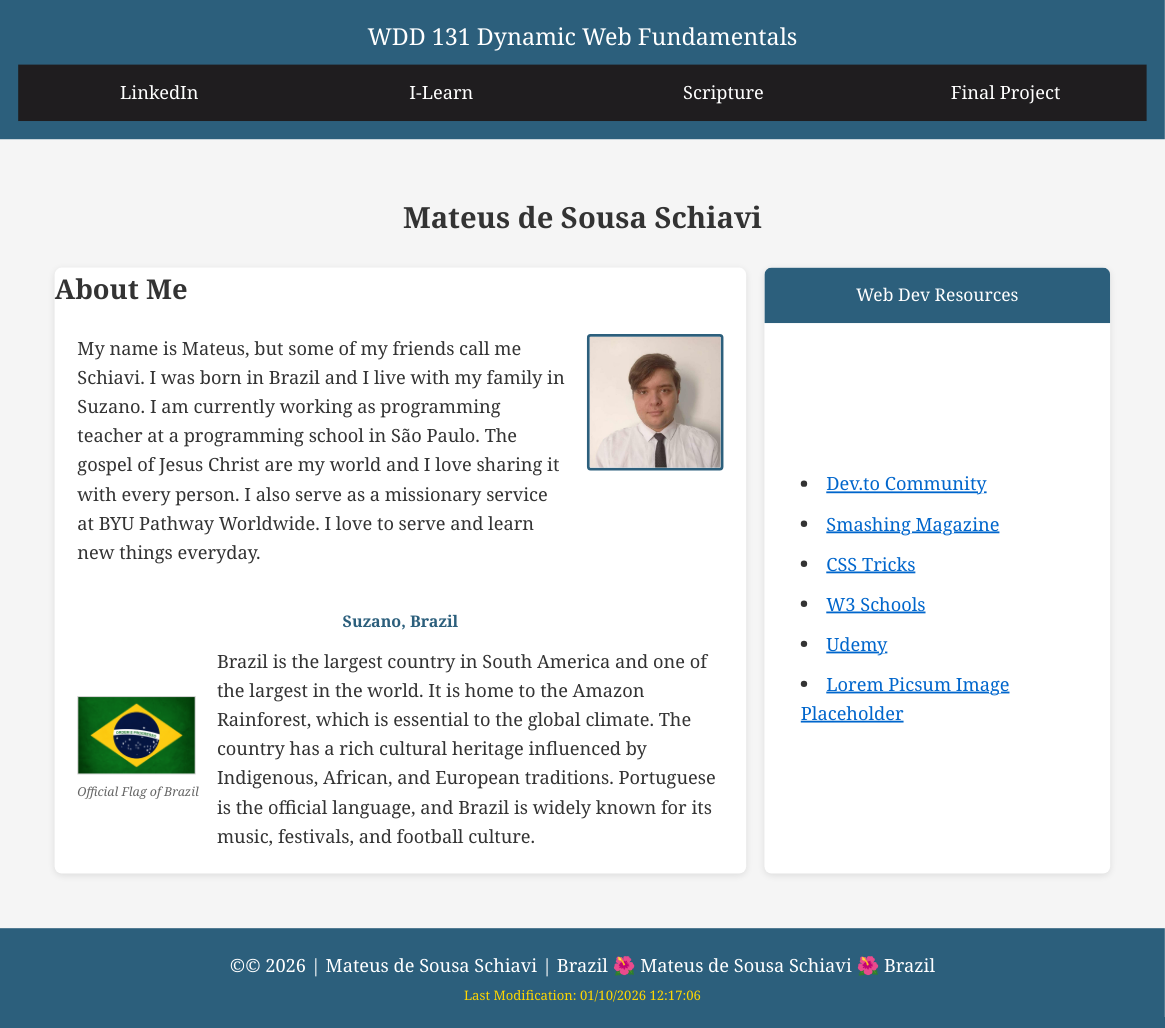
Repository: mateus-schiavi/wdd131
Page: index.html
An editor plug-in stored every save of this project. The page is shown before and after the next save, followed by the edit.
The browser window is 1280 px wide. The pictures show the whole page, at 91% of full size.
Some web fonts or font styles are not loaded; a fallback is used.

Above is the page before, as saved 2026-01-10 19:12:17.

After the next save:
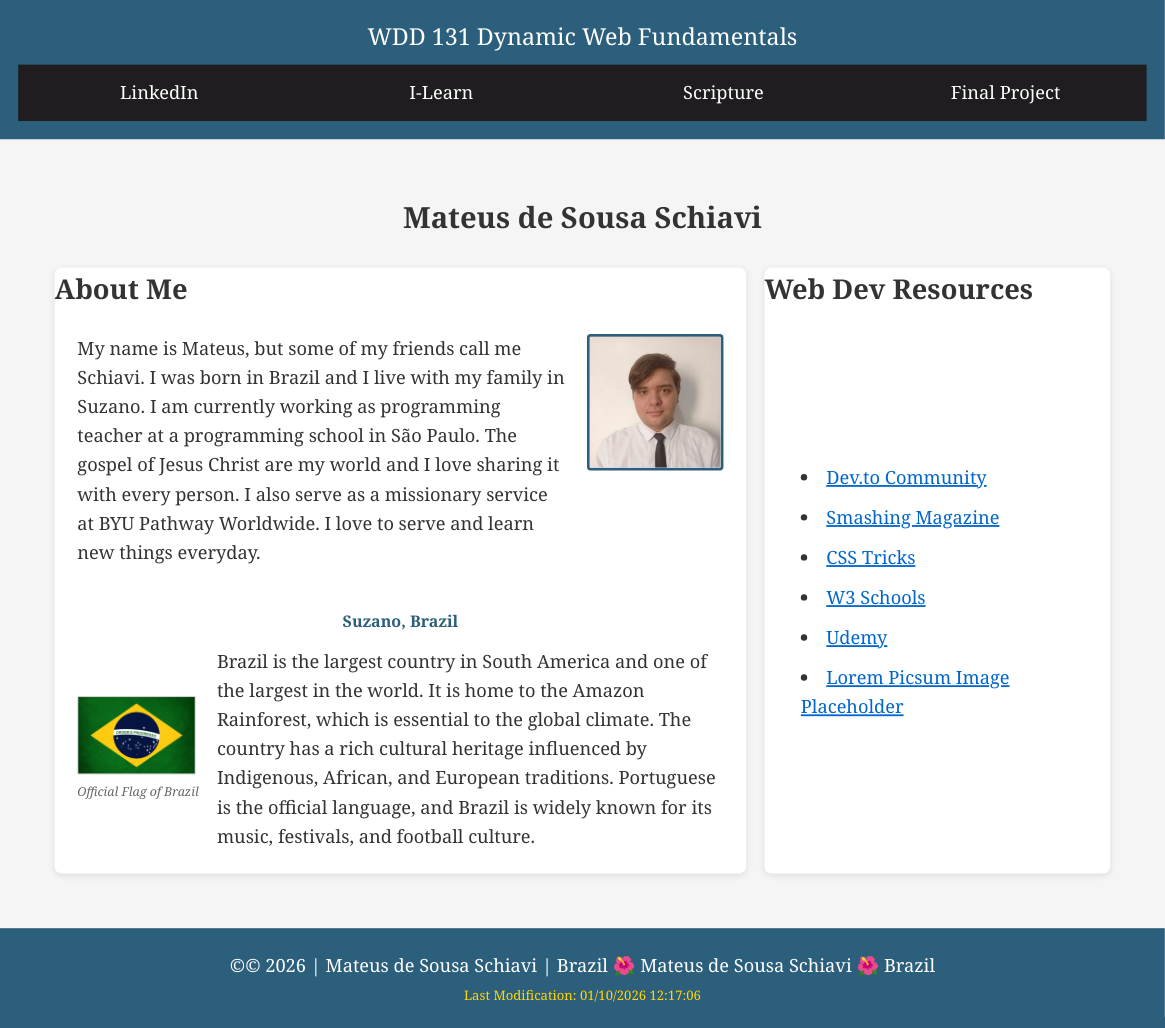
Saved 9 s later.
--- a/index.html
+++ b/index.html
@@ -63,7 +63,7 @@
                 </div>
             </section>
             <section class="card resources-card">
-                <h3>Web Dev Resources</h3>
+                <h2>Web Dev Resources</h2>
                 <ul>
                     <li><a href="https://dev.to/" target="_blank">Dev.to Community</a></li>
                     <li><a href="https://www.smashingmagazine.com/" target="_blank">Smashing Magazine</a></li>
